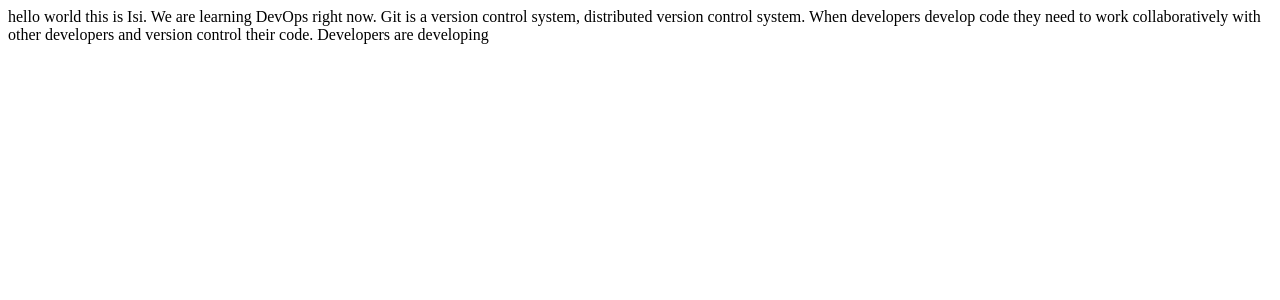
Repository: isipringlejr/simplilearn-caltech
Page: index.html
The author's editor kept a copy of each file at every save. The page is drawn from the files as they stood at one save, then again after the next save.
The browser window is 1280 px wide. The pictures show the whole page.

Above is the page before, as saved 2024-04-27 11:08:36.

### index.html
hello world this is Isi. We are learning DevOps right now.
Git is a version control system, distributed version control system.
When developers develop code they need to work collaboratively with other developers and version control their code.
Developers are developing

After the next save:
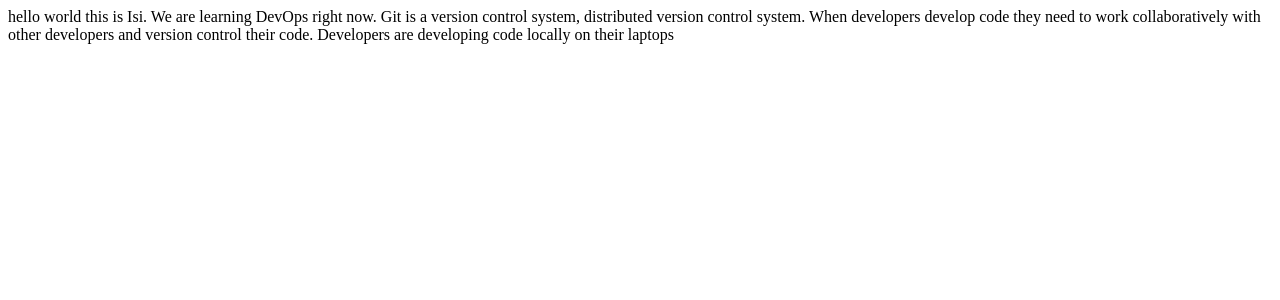
Saved 6 s later.
--- a/index.html
+++ b/index.html
@@ -1,4 +1,4 @@
 hello world this is Isi. We are learning DevOps right now.
 Git is a version control system, distributed version control system.
 When developers develop code they need to work collaboratively with other developers and version control their code.
-Developers are developing
+Developers are developing code locally on their laptops
